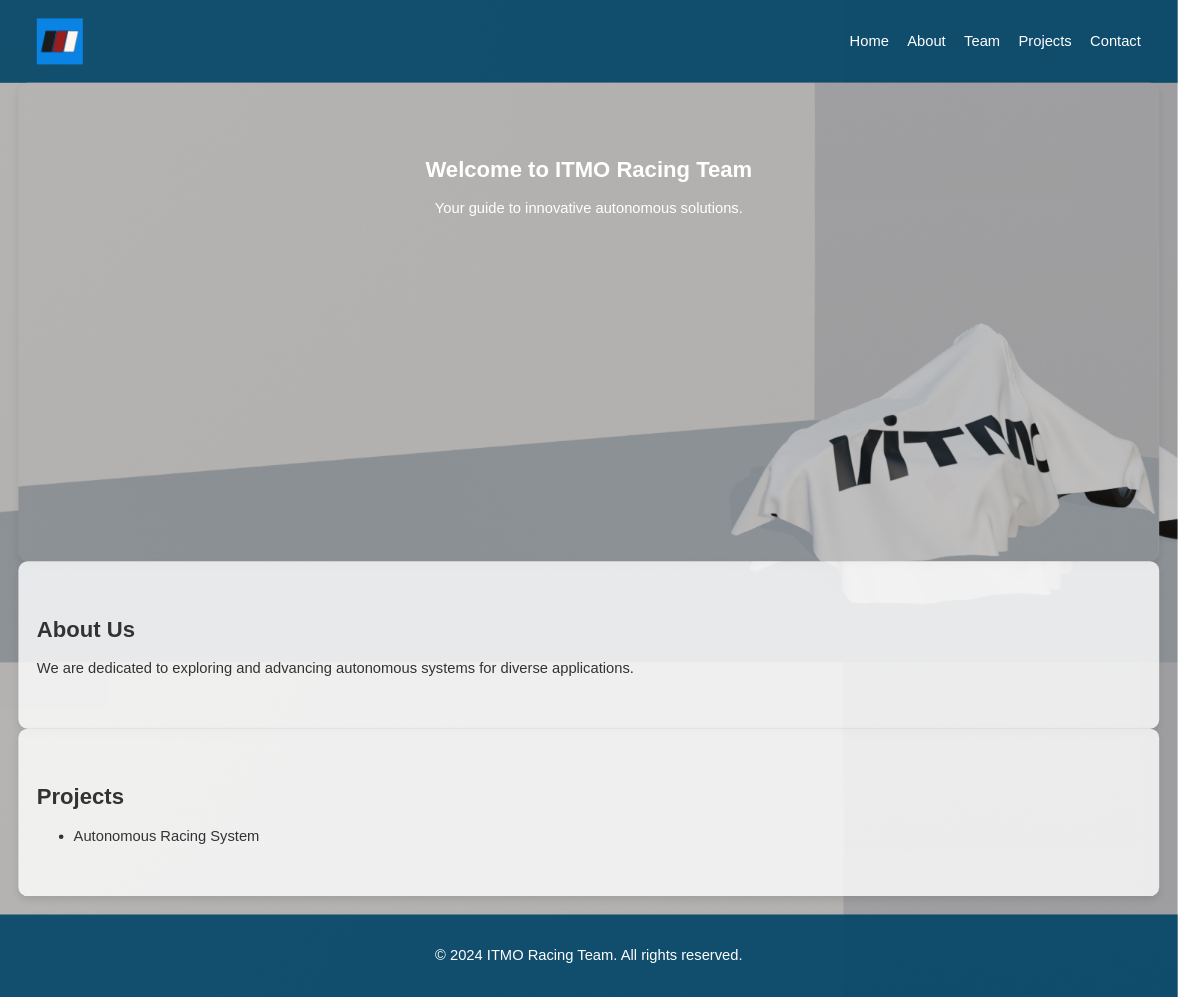
Repository: fs-itmo/fs-itmo.github.io
Page: index.html
An editor plug-in stored every save of this project. The page is shown before and after the next save, followed by the edit.
The browser window is 1280 px wide. The pictures show the whole page, at 92% of full size.
Backgrounds fixed to the window are drawn as part of the page.

Above is the page before, as saved 2024-12-30 14:04:14.

### index.html
<!DOCTYPE html>
<html lang="en">
<head>
    <meta charset="UTF-8">
    <meta name="viewport" content="width=device-width, initial-scale=1.0">
    <title>Autonomous Systems</title>
    <link rel="stylesheet" href="css/style.css">
</head>
<body>
    <header>
        <div class="container">
            <img src="assets/images/logo.png" alt="Logo" class="logo">
            <nav>
                <ul>
                    <li><a href="#home">Home</a></li>
                    <li><a href="#about">About</a></li>
                    <li><a href="./_pages/team.html">Team</a></li>
                    <li><a href="#projects">Projects</a></li>
                    <li><a href="#contact">Contact</a></li>
                </ul>
            </nav>
        </div>
    </header>

    <section id="home">
        <h1>Welcome to ITMO Racing Team</h1>
        <p>Your guide to innovative autonomous solutions.</p>
    </section>

    <section id="about">
        <h2>About Us</h2>
        <p>We are dedicated to exploring and advancing autonomous systems for diverse applications.</p>
    </section>

    <section id="projects">
        <h2>Projects</h2>
        <ul>
            <li>Autonomous Racing System</li>
            <!-- <li>Swarm Robotics</li>
            <li>AI-Driven Drones</li> -->
        </ul>
    </section>

    <!-- <section id="contact">
        <h2>Contact Us</h2>
        <p>Email: <a href="mailto:contact@autonomous-systems.com">contact@autonomous-systems.com</a></p>
    </section> -->

    <footer>
        <p>&copy; 2024 ITMO Racing Team. All rights reserved.</p>
    </footer>
</body>
</html>

### css/style.css
body {
    font-family: Arial, sans-serif;
    margin: 0;
    padding: 0;
    color: #333;
    background: url('assets/images/title.png') no-repeat center center fixed;
    background-size: cover;
}

header {
    background-color: rgba(0, 68, 102, 0.9);
    padding: 20px 0;
}

header .container {
    display: flex;
    justify-content: space-between;
    align-items: center;
    max-width: 1200px;
    margin: 0 auto;
    padding: 0 20px;
}

header .logo {
    max-height: 50px;
}

header nav ul {
    list-style: none;
    display: flex;
    margin: 0;
    padding: 0;
}

header nav ul li {
    margin-left: 20px;
}

header nav ul li a {
    text-decoration: none;
    color: white;
    font-size: 16px;
}

section {
    padding: 40px 20px;
    max-width: 1200px;
    margin: 0 auto;
    background: rgba(255, 255, 255, 0.8);
    border-radius: 10px;
    box-shadow: 0 4px 8px rgba(0, 0, 0, 0.1);
}

/* section#home {
    background: rgba(244, 244, 244, 0.9);
    text-align: center;
    padding: 60px 20px;
    border-radius: 10px;
} */

section#home {
    background: url("../assets/images/title.png") no-repeat center center/cover;
    color: white; /* Текст белого цвета для контраста */
    text-align: center;
    padding: 60px 20px;
    min-height: 400px; /* Устанавливаем минимальную высоту секции */
}

footer {
    background-color: rgba(0, 68, 102, 0.9);
    color: white;
    text-align: center;
    padding: 20px 0;
    margin-top: 20px;
}

After the next save:
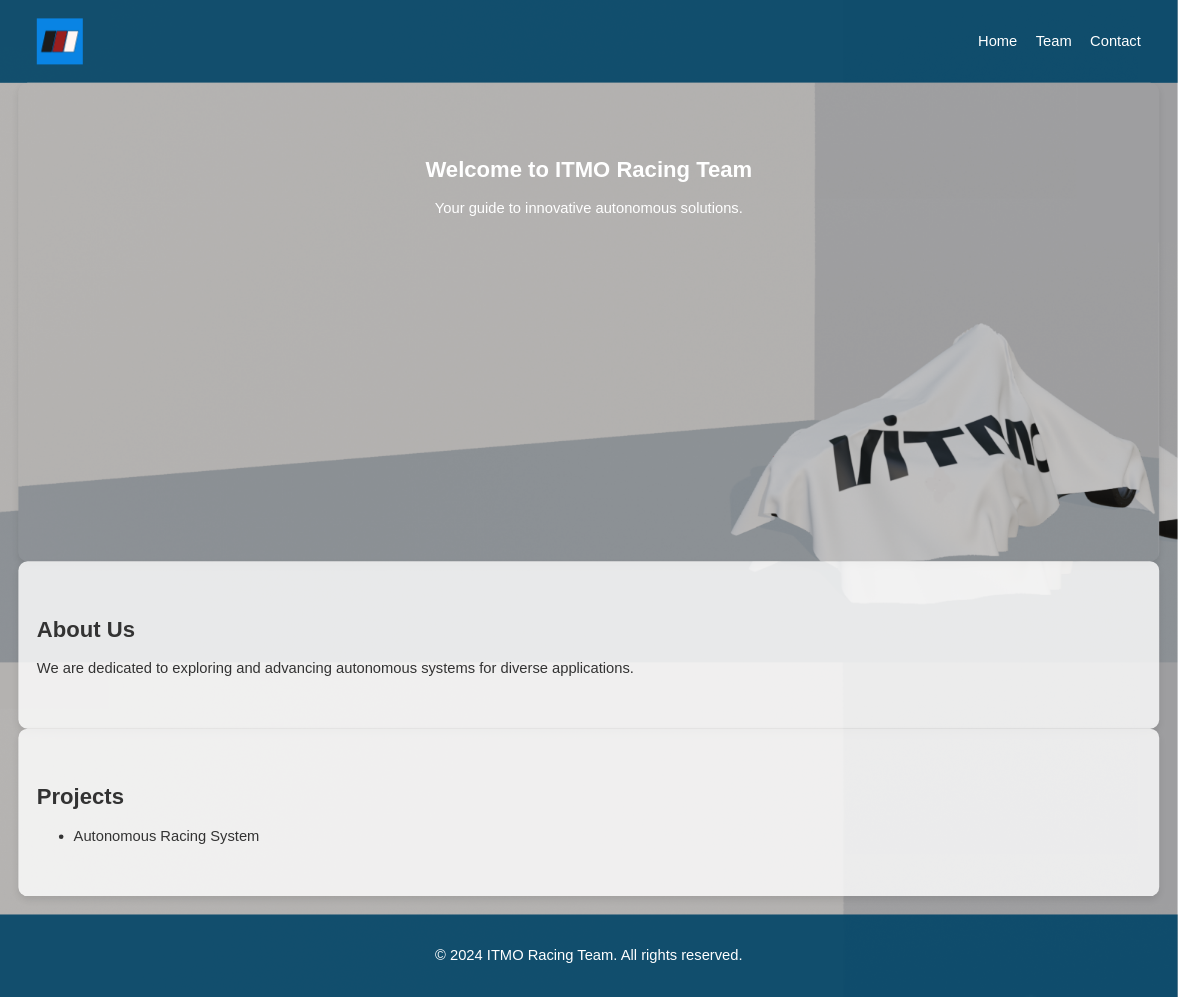
Saved 46 s later.
--- a/index.html
+++ b/index.html
@@ -13,9 +13,9 @@
             <nav>
                 <ul>
                     <li><a href="#home">Home</a></li>
-                    <li><a href="#about">About</a></li>
+                    <!-- <li><a href="#about">About</a></li> -->
                     <li><a href="./_pages/team.html">Team</a></li>
-                    <li><a href="#projects">Projects</a></li>
+                    <!-- <li><a href="#projects">Projects</a></li> -->
                     <li><a href="#contact">Contact</a></li>
                 </ul>
             </nav>
